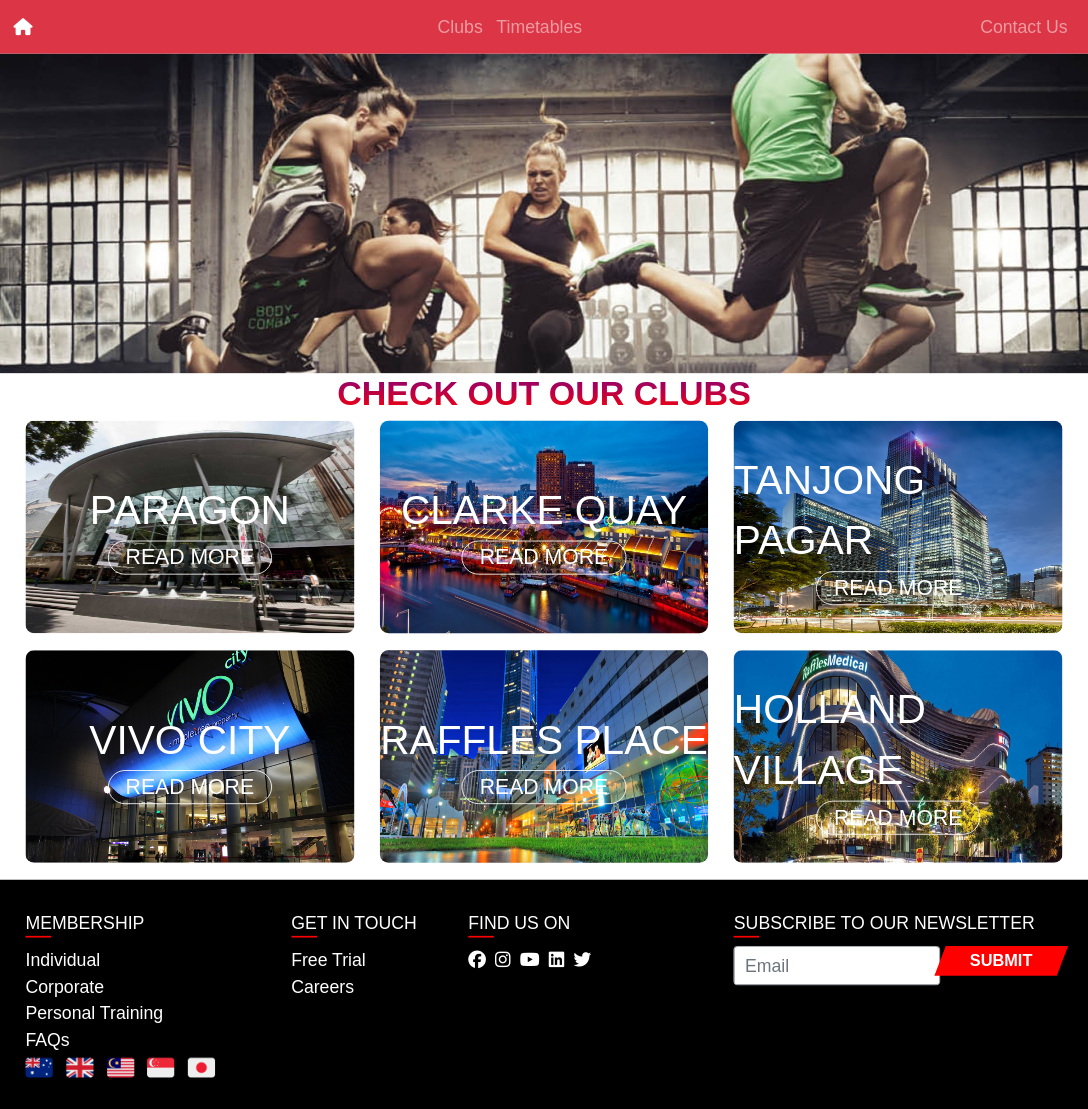
Repository: KJY93/User_Centric_Frontend_Development_Project
Page: clubs.html
The author's editor kept a record of every edit. The page is drawn from the files as they stood at one moment, then again after the next edit.
The browser window is 1280 px wide. The pictures show the whole page, at 85% of full size.
Some web fonts or font styles are not loaded; a fallback is used. Some web libraries are served in a nearby version.

Above is the page before.

### clubs.html
<!DOCTYPE html>
<html lang="en-US">
	<head>
	    <meta charset="UTF-8">
	    <meta name="viewport" content="width=device-width, initial-scale=1.0">
	    <meta http-equiv="X-UA-Compatible" content="ie=edge">
	    <title>Shape Shifters | Our Clubs</title>

		<!-- Google Fonts -->
	    <link href="https://fonts.googleapis.com/css?family=Cute+Font&display=swap" rel="stylesheet">

	    <!-- Logo -->
	    <link rel="icon" href="static/fitness-logo.ico">

	    <!-- Bootstrap CSS -->
	    <link rel="stylesheet" href="https://stackpath.bootstrapcdn.com/bootstrap/4.3.1/css/bootstrap.min.css" integrity="sha384-ggOyR0iXCbMQv3Xipma34MD+dH/1fQ784/j6cY/iJTQUOhcWr7x9JvoRxT2MZw1T" crossorigin="anonymous">

	    <!-- External CSS StyleSheet -->
		<link rel="stylesheet" type="text/css" href="static/styles.css">

		<!-- Bootstrap JS -->
	    <script src="https://code.jquery.com/jquery-3.3.1.slim.min.js" integrity="sha384-q8i/X+965DzO0rT7abK41JStQIAqVgRVzpbzo5smXKp4YfRvH+8abtTE1Pi6jizo" crossorigin="anonymous"></script>
	    <script src="https://cdnjs.cloudflare.com/ajax/libs/popper.js/1.14.7/umd/popper.min.js" integrity="sha384-UO2eT0CpHqdSJQ6hJty5KVphtPhzWj9WO1clHTMGa3JDZwrnQq4sF86dIHNDz0W1" crossorigin="anonymous"></script>
	    <script src="https://stackpath.bootstrapcdn.com/bootstrap/4.3.1/js/bootstrap.min.js" integrity="sha384-JjSmVgyd0p3pXB1rRibZUAYoIIy6OrQ6VrjIEaFf/nJGzIxFDsf4x0xIM+B07jRM" crossorigin="anonymous"></script>

	    <!-- Font Awesome -->
	    <script src="https://kit.fontawesome.com/3df94da5fe.js"></script>
	</head>
	<body>
		<main>

			<!-- Navbar -->
			<nav class="navbar navbar-expand-md navbar-dark bg-danger">
			  	<a class="navbar-brand" href="#"><i class="fas fa-home"></i></a>
			  	<button class="navbar-toggler" type="button" data-toggle="collapse" data-target="#navbarNav">
			    <span class="navbar-toggler-icon"></span>
			  	</button>
			  	<div class="collapse navbar-collapse" id="navbarNav">
			    	<ul class="navbar-nav ml-auto">
			      		<li class="nav-item">
			        		<a class="nav-link" href="#">Clubs</a>
			      		</li>
			      		<li class="nav-item">
			        		<a class="nav-link" href="#">Timetables</a>
			      		</li>
			    	</ul>

			    	<ul class="navbar-nav ml-auto">
			      		<li class="nav-item">
			        		<a class="nav-link" href="#">Contact Us</a>
			      		</li>
			    	</ul>
			  	</div>
			</nav>

			<!-- Header background -->
			<div id="club-header-background"></div>

			<div>
				<h1 class="club-header"><strong>CHECK OUT OUR CLUBS</strong></h1>
			</div>

			<!-- To display clubs location -->
			<div class="container-fluid">
				<div class="row">
					<div class="col-sm-12 col-md-4 location-container">
						<a id="location-image-1" class="location" href="#">
							<div class="location-name">
								PARAGON
							</div>
							<div class="club-info">
								READ MORE
							</div>
						</a>
					</div>

					<div class="col-sm-12 col-md-4 location-container">
						<a id="location-image-2" class="location" href="#">
							<div class="location-name">
								CLARKE QUAY
							</div>
							<div class="club-info">
								READ MORE
							</div>
						</a>
					</div>

					<div class="col-sm-12 col-md-4 location-container">
						<a id="location-image-3" class="location" href="#">
							<div class="location-name">
								TANJONG PAGAR
							</div>
							<div class="club-info">
								READ MORE
							</div>
						</a>
					</div>

					<div class="col-sm-12 col-md-4 location-container">
						<a id="location-image-4" class="location" href="#">
							<div class="location-name">
								VIVO CITY
							</div>
							<div class="club-info">
								READ MORE
							</div>
						</a>
					</div>

					<div class="col-sm-12 col-md-4 location-container">
						<a id="location-image-5" class="location" href="#">
							<div class="location-name">
								RAFFLES PLACE
							</div>
							<div class="club-info">
								READ MORE
							</div>
						</a>
					</div>

					<div class="col-sm-12 col-md-4 location-container">
						<a id="location-image-6" class="location" href="#">
							<div class="location-name">
								HOLLAND VILLAGE
							</div>
							<div class="club-info">
								READ MORE
							</div>
						</a>
					</div>
				</div>
			</div>

			<!-- Footer -->
			<footer>
				<div class="container-fluid">
					<div class="row">
						<div class="col-sm-12 col-md-3">
							<div>MEMBERSHIP</div>
							<div class="separator"></div>
							<div>Individual</div>
							<div>Corporate</div>
							<div>Personal Training</div>
							<div>FAQs</div>
						</div>

						<div class="col-sm-12 col-md-2">
							<div>GET IN TOUCH</div>
							<div class="separator"></div>
							<div>Free Trial</div>
							<div>Careers</div>
						</div>

						<div class="col-sm-12 col-md-3">
							<div>FIND US ON</div>
							<div class="separator"></div>
							<div>
								<i class="fab fa-facebook social-media-logo"></i>
								<i class="fab fa-instagram social-media-logo"></i>
								<i class="fab fa-youtube social-media-logo"></i>
								<i class="fab fa-linkedin social-media-logo"></i>
								<i class="fab fa-twitter social-media-logo"></i>
							</div>
						</div>

						<div class="col-sm-12 col-md-4">
							<div>SUBSCRIBE TO OUR NEWSLETTER</div>

							<div class="separator"></div>

							<form method="post" action="">
								<div class="input-field-container">
									<div class="form-group">
										<input type="email" class="form-control" placeholder="Email" required>
									</div>

									<div class="each">
										<button type="button" class="submit-btn" value="submit"><span>SUBMIT</span></button>
									</div>
								</div>
							</form>
						</div>

						<div class="col-sm-12">
							<img class="flag-logo" src="static/australia-flag.png" alt="australia flag"/>
							<img class="flag-logo" src="static/uk-flag.png" alt="uk flag"/>
							<img class="flag-logo" src="static/mys-flag.png" alt="malaysia flag"/>
							<img class="flag-logo" src="static/sg-flag.png" alt="singapore flag"/>
							<img class="flag-logo" src="static/jpn-flag.png" alt="japan flag"/>
						</div>
					</div>
				</div>
			</footer>
		</main>
	</body>
</html>

### static/styles.css
body, html {
	height: 100%;
}

body {
	font-family: 'Cute Font', cursive, sans-serif;
}

#subscription {
  background: transparent;
  border: none;
  border-bottom: 1px solid #a9a9a9;
  box-shadow: none;
  border-radius: 0;
}

.iframe-video-size {
	width: 300px;
	height: 320px;
}

.social-media-logo {
	margin-right: 5px;
}

.separator {
	margin-bottom: 10px;
	height: 2px;
	width: 30px;
	background: rgb(255, 0, 0);
	z-index: 1;
}

.row {
	margin-left: 0;
	margin-right: 0;
}

#advert > h1 {
	color: #ffffff;
}

#signup-link {
	color: #ffffff;
}

input[type="email"] {
 	font-size: 1em;
}

.col-sm-12, .col-md-6, .nav-link, #signup-link {
	font-size: 1.3em;
}

.link-deco:link {
	text-decoration: none;
}

.link-deco:hover {
	font-size:120%;
}

.link-font-color, button > .link-deco:hover {
	color: #ffffff;
}

.box2, .box3 {
	background: rgba(255,117,117,0.1);
}

.button-container, p, .challenge-container, #signup-container, .box3, .box2 {
	text-align: center;
}

#divider {
	width: 100%;
	border: 1px solid black;
}

footer {
	padding-top: 35px;
	padding-bottom: 35px;
	background: rgba(0, 0, 0);
	color: #ffffff;
}

.box1 {
	background:url('../static/background-mobile.jpg');
	background-repeat: no-repeat;
	background-size: 100% 100%;
	height: 400px;
	display: flex;
	align-items: center;
	justify-content: center;
}

/*https://codepen.io/adamjohnson/pen/aokGt*/
/* Skew button design adapted from the above codepen project*/
.submit-btn {
	color: #fff;
	background: #ff0000;
	font-weight: 700;
	text-align: center;
	text-decoration: none;
	border: 0;
	outline: 0;
	font-size: 1.2rem;
	padding: 12px 35px;
	display: inline-block;
	transform: skew(-21deg);
	border-radius: 0;
}

.input-field-container {
	display: flex;
	flex-direction: row;
}

.submit-btn:hover {
	background: #0069a8;
}

span {
	display: inline-block; /* change to inline-block so that the text can be un-skewed*/
}

.submit-btn > span {
	-webkit-transform: skew(21deg);  /* Un-skew the text */
}

.btn-group {
	padding-left: 15px;
}

.flag-logo {
	padding-right: 10px;
}

#club-header-background {
	background:url('../static/bodycombat.jpg');
	background-repeat: no-repeat;
	background-size: 100% 100%;
	height: 200px;
}

.club-header {
	text-align: center;
	background: linear-gradient(to top, #ff0000 , #800080);
	-webkit-background-clip: text;
	-webkit-text-fill-color: transparent;
	font-size: 2.5em;
}

.location {
	display: flex;
	flex-direction: column;
	justify-content: center;
	align-items: center;
	color: #ffffff;
	margin-bottom: 20px;
}

.location:link {
	text-decoration: none;
}

.location:hover {
	opacity: 0.8;
}

.location:hover .location-name, .location:hover .club-info {
	background: linear-gradient(to top, #ff0000 , #ff9800);
	-webkit-background-clip: text;
	-webkit-text-fill-color: transparent;
}

.location-name {
	font-size: 2.3em;
}

.club-info {
	font-size: 1.2em;
	border: 1px solid #ffffff;
	padding-left: 20px;
	padding-right: 20px;
	border-radius: 20px;
}

#location-image-1 {
	background:url('../static/paragon.jpg');
    background-size: 100% 100%;
    background-repeat: no-repeat;
    background-position: center;
	border-radius: 10px;
	height: 250px;
}

#location-image-2 {
	background:url('../static/clarke-quay.jpg');
    background-size: 100% 100%;
    background-repeat: no-repeat;
    background-position: center;
	border-radius: 10px;
	height: 250px;
}

#location-image-3 {
	background:url('../static/tanjongpagar.jpg');
    background-size: 100% 100%;
    background-repeat: no-repeat;
    background-position: center;
	border-radius: 10px;
	height: 250px;
}

#location-image-4 {
	background:url('../static/vivocity.jpg');
    background-size: 100% 100%;
    background-repeat: no-repeat;
    background-position: center;
	border-radius: 10px;
	height: 250px;
}

#location-image-5 {
	background:url('../static/rafflesplace.jpg');
    background-size: 100% 100%;
    background-repeat: no-repeat;
    background-position: center;
	border-radius: 10px;
	height: 250px;
}

#location-image-6 {
	background:url('../static/rafflesmall.jpg');
    background-size: 100% 100%;
    background-repeat: no-repeat;
    background-position: center;
	border-radius: 10px;
	height: 250px;
}

#timetables-header-background {
	background:url('../static/groupyoga.jpg');
	background-repeat: no-repeat;
	background-size: 100% 100%;
	height: 250px;
}

/* override text alignment and font-size*/
.table {
	text-align: center;
	font-size: 1.3rem;
}

#contact-us-background {
	background:url('../static/reachout.jpg');
	background-repeat: no-repeat;
	background-size: 100% 100%;
	height: 200px;
}


.generic-submit-btn-container, .form-attribute {
	text-align: center;
}

/* for extra small device */
@media (max-width: 400px) {
	.iframe-video-size {
	width: 260px;
	height: 320px;
	}

	#club-header-background {
		height: 160px;
	}

	.club-header {
		font-size: 2.0em;
	}

	.location-name {
		font-size: 2.0em;
	}

	.club-info {
		font-size: 1.0em;
	}

	.contact-us {
		font-size: 1.5em;
	}
}

/* for medium screen device */
@media (min-width: 768px) and (max-width: 991.98px) {
	.box1 {
		background:url('../static/background.jpg');
		background-repeat: no-repeat;
		height: 550px;
		background-size: 100% 100%;
	}

	.box2 {
		text-align: center;
	}

	.btn-group {
		padding-left: 0;
	}

	.iframe-video-size {
		width: 340px;
		height: 320px;
	}

	#timetables-header-background {
		height: 450px;
	}

	.table {
		font-size: 1.8rem;
	}
}

/* for large screen device */
@media (min-width: 992px) {
	.box1 {
		height: 600px;
	}

	.btn-group {
		padding-left: 0;
	}

	.submit-btn {
		padding: 3px 35px;
	}

	.iframe-video-size {
		width: 470px;
		height: 320px;
	}

	#club-header-background {
		height: 376px;
	}

	#timetables-header-background {
		height: 600px;
	}
}

After the next edit:
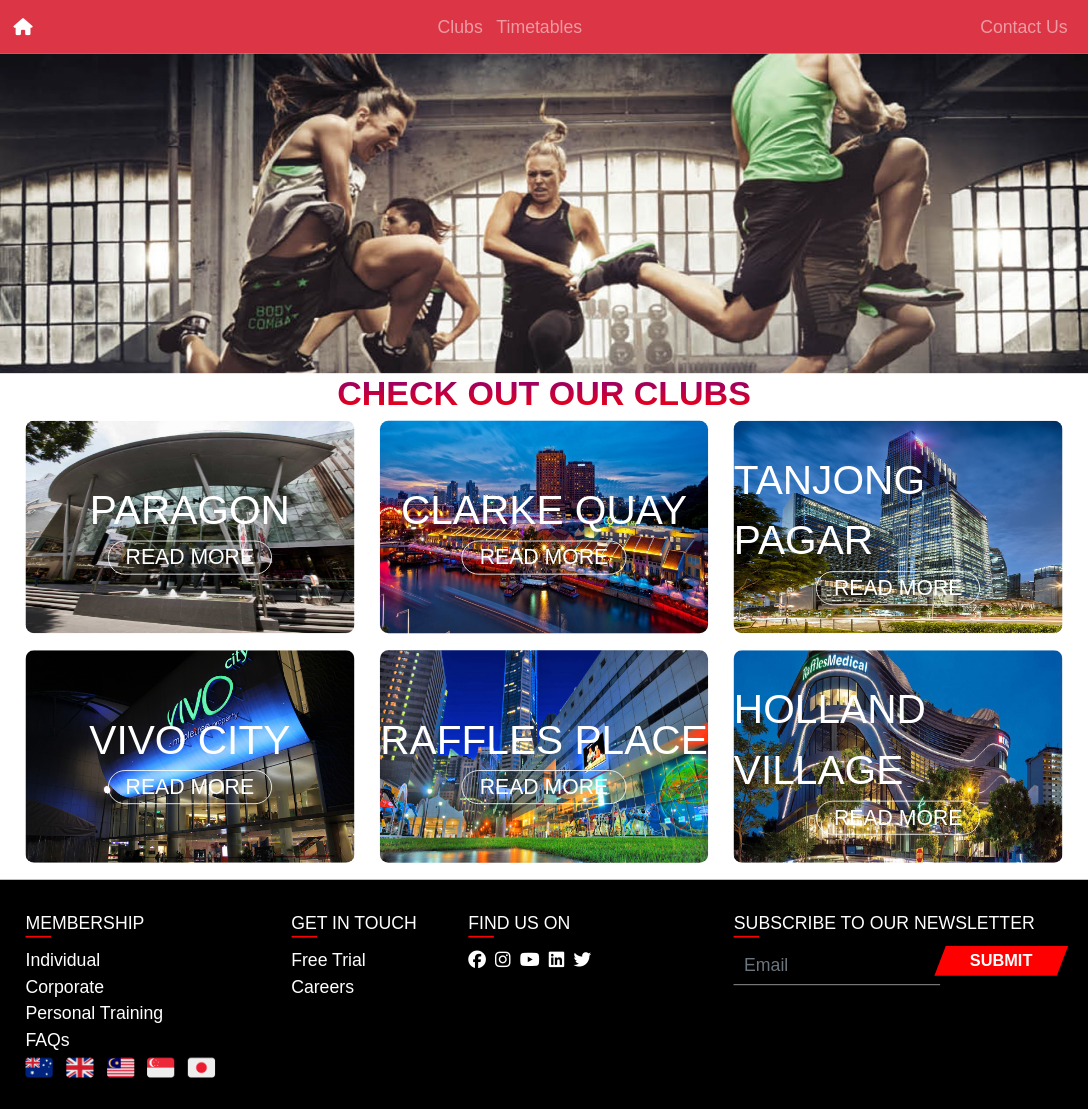
The edit:
--- a/clubs.html
+++ b/clubs.html
@@ -171,7 +171,7 @@
 							<form method="post" action="">
 								<div class="input-field-container">
 									<div class="form-group">
-										<input type="email" class="form-control" placeholder="Email" required>
+										<input input id="subscription" type="email" class="form-control" placeholder="Email" required>
 									</div>
 
 									<div class="each">
